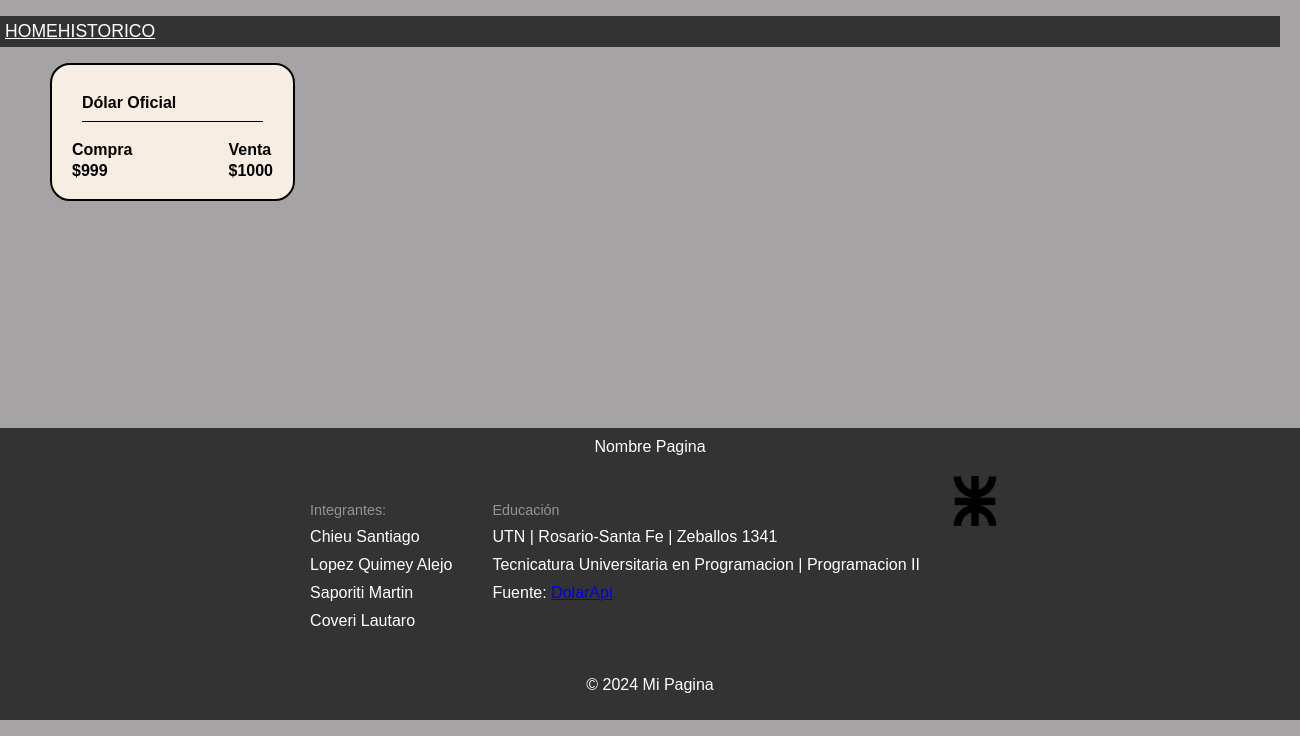
Repository: QuimeyAlejo/TP-Prog
Page: Tp-Prog/Client/index.html
An editor plug-in stored every save of this project. The page is shown before and after the next save, followed by the edit.
The browser window is 1280 px wide. The page is 1280 px wide, then 1300 px, so the pictures cover 1300 px, including what lies to the right of the window. The pictures show the whole page.
The page's requests for data from a server got no answer.

Above is the page before, as saved 2024-10-26 22:55:53.
Not found: Tp-Prog/Server/server.py

After the next save:
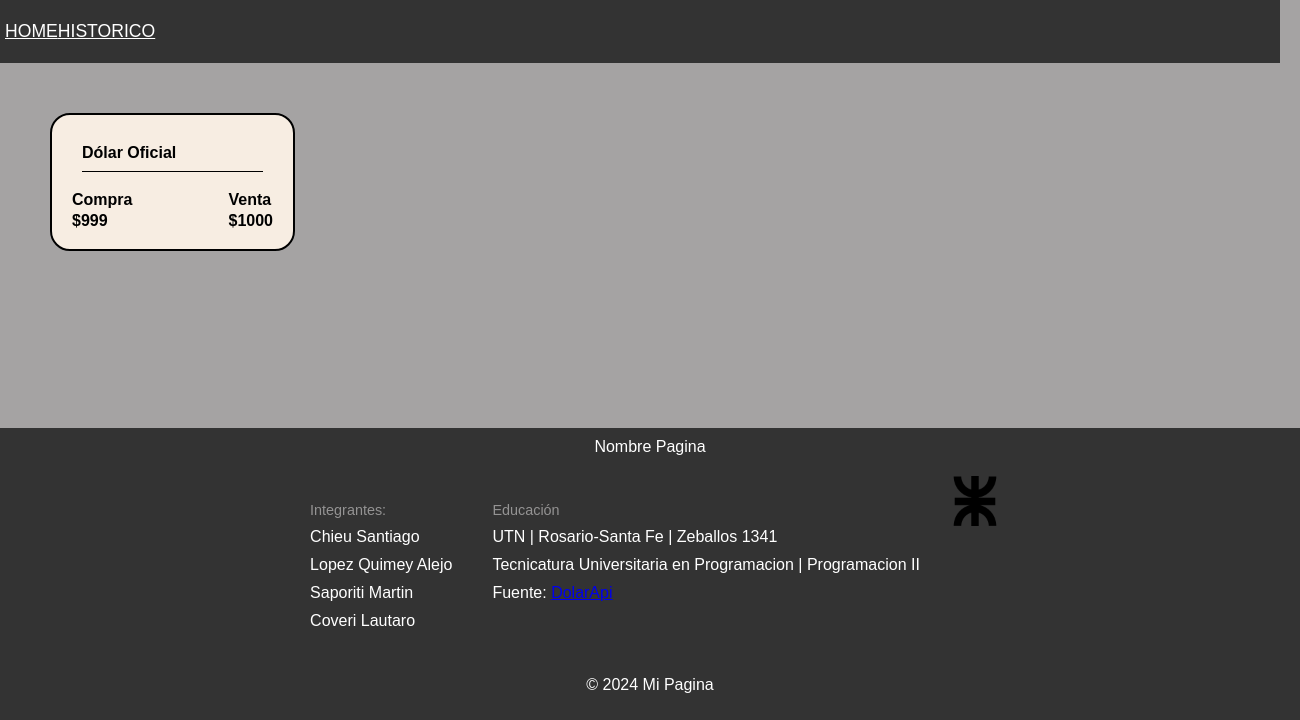
Saved 60 s later.
--- a/Tp-Prog/Client/CSS/styles.css
+++ b/Tp-Prog/Client/CSS/styles.css
@@ -1,9 +1,17 @@
+/* Contenedor principal que cubre toda la altura de la pantalla */
 body {
     background-color: #a5a3a3;
     font-family: Arial, Helvetica, sans-serif;
     margin: 0;
     padding: 0;
-    height: 100vh;
+    min-height: 100vh;
+    display: flex;
+    flex-direction: column;
+}
+
+/* El contenido principal de la página, que se expandirá si es necesario */
+main {
+    flex: 1;
 }
 
 footer {
@@ -11,10 +19,7 @@ footer {
     color: #fff;
     text-align: center;
     padding: 10px;
-    position: fixed;
-    bottom: 0;
     width: 100%;
-    z-index: -1;
 }
 
 .titulo {
@@ -35,7 +40,7 @@ footer ul li {
     display: flex;
     justify-content: center;
     margin-block: 20px;
-    gap: 20px
+    gap: 20px;
 }
 
 .titulo {
@@ -43,65 +48,31 @@ footer ul li {
     color: #949393;
 }
 
-nav{
-    background-color: #333
+nav {
+    background-color: #333;
 }
-.header a{
+
+.header a {
     color: #fff;
     font-size: 1.1em;
     display: flex;
     justify-content: space-around;
 }
-nav ul{
+
+nav ul {
     list-style-type: none;
     padding: 5px;
     text-align: left;
     display: flex;
 }
-/* .compra{
-    text-align: left;
-    padding: 5px;
-    float: left;
-}
-.venta{
-    text-align: right;
-    padding: 5px;
-    float: right;
-
-
-}
-.precio-compra{
-    text-align: left;
-    padding: 5px;
-    flex-direction: column;
-}
-.precio-venta{
-    text-align: right;
-    padding: 5px;
-
-}
-.dolar-oficial{
-    margin-left: 50px;
-    max-width: 30%;
-    padding: 20px;
-    border: solid 2px black;
-    list-style-type: none;
-    border-radius: 20px;
-    background-color: beige;
-}
-
-.dolar{
-    border-bottom: solid 1px black;
-} */
 
 img {
     align-items: right;
     flex-direction: end;
 }
 
-
 .dolar-oficial {
-    margin-left: 50px;
+    margin: 50px;
     max-width: 30%;
     padding: 20px;
     border: solid 2px black;
@@ -126,14 +97,15 @@ img {
     padding-top: 10px;
 }
 
-.compra, .venta {
+.compra,
+.venta {
     display: flex;
     flex-direction: column;
     font-weight: bold;
 }
 
-.precio-compra, .precio-venta {
-
+.precio-compra,
+.precio-venta {
     padding-top: 5px;
 }
 
